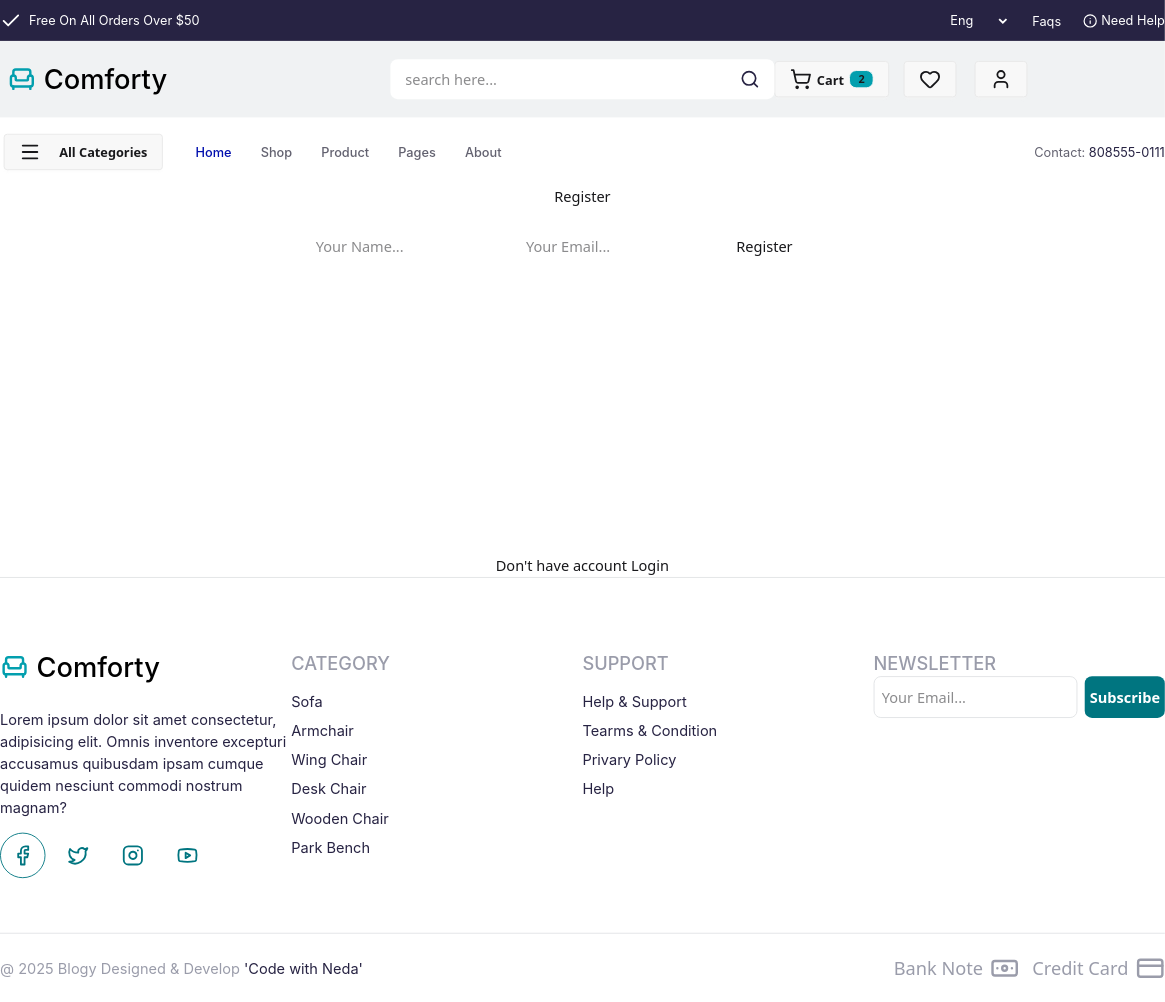
Repository: Neda0o0/store-template-website
Page: /auth/register
An editor plug-in stored every save of this project. The page is shown before and after the next save, followed by the edit.
The browser window is 1280 px wide. The pictures show the whole page, at 91% of full size.
The project was rebuilt for these pictures with package versions that can differ from the ones it lists, and the page was loaded fresh each time. Also part of the build but not shown: vite.config.js, src/components/Banner/Banner.jsx, src/components/Delivery/Delivery.jsx, src/components/Brand/Brand.jsx, src/components/SectionTitle/SectionTitle.jsx, src/components/Features/Features.jsx, src/components/Categories/Categories.jsx, src/components/Product/Product.jsx and 6 more.

Above is the page before, as saved 2025-10-27 17:40:22.

### index.html
<!DOCTYPE html>
<html lang="en">
  <head>
    <meta charset="UTF-8" />
    <link rel="icon" type="image/svg+xml" href="/vite.svg" />
    <meta name="viewport" content="width=device-width, initial-scale=1.0" />
    <title>new-project</title>
  </head>
  <body>
    <div id="root"></div>
    <script type="module" src="/src/main.jsx"></script>
  </body>
</html>

### src/main.jsx
import { StrictMode } from "react";
import { createRoot } from "react-dom/client";
import MainLayout from "./MainLayout/MainLayout";
import "./index.css";

createRoot(document.getElementById("root")).render(
  <StrictMode>
    <MainLayout />
  </StrictMode>
);

### src/MainLayout/MainLayout.jsx
import { BrowserRouter, Route, Routes } from "react-router";
import Navbar from "../components/Navbar/Navbar";
import Home from "../Pages/Home/Home";
import Auth from "../Pages/Auth/Auth";
import Login from "../Pages/Auth/Login/Login";
import Register from "../Pages/Auth/Register/Register";
import Error from "../Pages/Error/Error";
import AuthCheck from "../AuthCheck/AuthCheck";
import Footer from "../components/Footer/Footer";

const MainLayout = () => {
  return (
    <BrowserRouter>
      {/* Navbar */}
      <Navbar />
      <Routes>
        <Route
          path="/"
          element={
            <AuthCheck>
              <Home />
            </AuthCheck>
          }
        />
        <Route path="auth" element={<Auth />}>
          <Route path="login" element={<Login />} />
          <Route path="register" element={<Register />} />
        </Route>
        {/* not found routes */}
        <Route path="*" element={<Error />} />
      </Routes>
      {/* footer component */}
      <Footer />
    </BrowserRouter>
  );
};
export default MainLayout;

### src/index.css
@import "tailwindcss";
@plugin "daisyui";

/* google font inter */
@import url("https://fonts.googleapis.com/css2?family=Inter:ital,opsz,wght@0,14..32,100..900;1,14..32,100..900&display=swap");

@theme {
  --font-inter: "Inter", sans-serif;
}

.banner_slide_item {
  display: flex !important;
  justify-content: space-between;
  align-items: center;
  gap: 7.5rem;
}

.banner_image {
  position: relative;
}
.banner_image::before {
  content: "";
  position: absolute;
  top: 0;
  right: 0;
  max-width: 747px;
  width: 100%;
  min-height: 747px;
  height: 100%;
  background-color: #e1e3e5;
  border-radius: 100%;
  z-index: -1;
}
.slider_container > .slick-slider > .slick-prev,
.slider_container > .slick-slider > .slick-next {
  z-index: 5 !important;
}
.slick-prev {
  left: -40px;
}
.slick-next {
  right: 0.25px;
}
.slider_container > .slick-slider > .slick-prev:before,
.slider_container > .slick-slider > .slick-next:before {
  font-family: "slick";
  font-size: 50px !important;
  line-height: 1;
  opacity: 0.75;
  color: #007580 !important;
  -webkit-font-smoothing: antialiased;
  -moz-osx-font-smoothing: grayscale;
}
.slider_container > .slick-slider > .slick-dots {
  position: absolute;
  bottom: 100px !important;
  display: block;
  width: 100%;
  padding: 0;
  margin: 0;
  list-style: none;
  text-align: center;
}
.slider_container > .slick-slider > .slick-dots li button:before {
  font-family: "slick";
  font-size: 22px !important;
  line-height: 20px;
  position: absolute;
  top: 0;
  left: 0;
  width: 20px;
  height: 20px;
  text-align: center;
  opacity: 0.25;
  color: black;
  -webkit-font-smoothing: antialiased;
  -moz-osx-font-smoothing: grayscale;
}
.slider_container
  > .slick-slider
  > .slick-dots
  > li.slick-active
  button:before {
  color: #007580 !important;
}
.delivery_component {
  margin-top: -4rem;
  position: relative;
  z-index: 5;
}

.features_slider
  > .slick-slider
  > .slick-prev:before
  > .features_slider
  > .slick-slider
  > .slick-next:before {
  font-size: 39px !important;
  color: #007580;
}

.client_say_description {
  position: relative;
}
.client_say_description::before {
  position: absolute;
  content: "";
  top: 0;
  left: -27px;
  width: 3px;
  height: 100%;
  background-color: #007580;
}

### src/components/Navbar/Navbar.jsx
import {
  Armchair,
  Check,
  Info,
  Search,
  ShoppingCart,
  Heart,
  User,
  Menu,
} from "lucide-react";
import { Link, NavLink } from "react-router-dom";

const Navbar = () => {
  return (
    <div>
      {/* navbar top */}
      <div className="navbar_top flex items-center justify-center bg-[#272343] w-full h-[45px]">
        <div className="lg:container flex justify-between items-center">
          <p className="flex items-center gap-2 text-sm font-inter font-normal text-white capitalize">
            <Check />
            Free on all orders over $50
          </p>
          <div className="navbar_top_right flex items-center gap-6">
            <select
              defaultValue="Server location"
              className=" bg-none h-[30px] w-[70px] text-sm font-inter font-normal capitalize text-white"
            >
              <option>Eng</option>
              <option>Farsi</option>
            </select>
            <button>
              <Link className="text-sm text-white font-inter font-normal capitalize ">
                Faqs
              </Link>
            </button>
            <button>
              <Link className="flex items-center gap-1 text-sm  text-white font-inter font-normal capitalize">
                <Info size={16} />
                Need help
              </Link>
            </button>
          </div>
        </div>
      </div>
      {/* navbar middle */}
      <div className="navbar middle flex items-center justify-center bg-[#f0f2f3] w-full h-[84px]">
        <div className="lg:container grid grid-cols-3 items-center">
          <div className="logo_wrapper">
            <Link
              to="/"
              className="text-3xl text-black font-inter font-medium capitalize flex items-center gap-2"
            >
              <Armchair size="2rem" color="#029fae" /> Comforty
            </Link>
          </div>
          <div className="search_box">
            <form action="#" className="max-w-[443px] h-[44px] relative">
              <input
                type="text"
                placeholder="search here..."
                className=" max-w-[443px] w-full h-full bg-white rounded-lg pl-4 "
              />
              <button className="absolute to-50% right-4 translate-y-1/2">
                <Search size="22px" color="#272343" />
              </button>
            </form>
          </div>
          {/* navbar middle right */}
          <div className="navbar_middle_right flex items-center gap-4">
            <button className="btn capitalize">
              <ShoppingCart /> cart
              <div className="badge badge-sm bg-[#029fae]">2</div>
            </button>
            <button className="btn capitalize">
              <Heart />
            </button>

            <div className="dropdown">
              <div tabIndex={0} role="button" className="btn m-1">
                <User />
              </div>
              <ul
                tabIndex="-1"
                className="dropdown-content menu bg-base-100 rounded-box z-1 w-52 p-2 shadow-sm"
              >
                <li>
                  <Link>Account</Link>
                </li>
                <li>
                  <Link>Logout</Link>
                </li>
              </ul>
            </div>
          </div>
        </div>
      </div>

      {/* navbar bottom */}
      <div className="navbar_bottom flex items-center justify-center w-full h-[75px] bg-white border-[#ele3e5]">
        <div className="lg:container flex items-center justify-between">
          <div className="navbar_bottom_left flex items-center gap-8">
            <div className="dropdown dropdown-start">
              <div
                tabIndex={0}
                role="button"
                className="btn m-1 flex items-center gap-5 capitalize"
              >
                <Menu /> all categories
              </div>
              <ul
                tabIndex="-1"
                className="dropdown-content menu bg-base-100 rounded-box z-1 w-52 p-2 shadow-sm"
              >
                <li>
                  <a>Chair</a>
                </li>
                <li>
                  <a>Pant</a>
                </li>
                <li>
                  <a>Shirt</a>
                </li>
                <li>
                  <a>T-shirt</a>
                </li>
              </ul>
            </div>
            <nav className="flex items-center gap-8">
              <NavLink
                to="/"
                className="text-sm text-[#020fae] font-inter font-medium capitalize"
              >
                Home
              </NavLink>
              <NavLink className="text-sm text-[#636270] font-inter font-medium capitalize">
                shop
              </NavLink>
              <NavLink className="text-sm text-[#636270] font-inter font-medium capitalize">
                product
              </NavLink>
              <NavLink className="text-sm text-[#636270] font-inter font-medium capitalize">
                pages
              </NavLink>
              <NavLink className="text-sm text-[#636270] font-inter font-medium capitalize">
                about
              </NavLink>
            </nav>
          </div>

          <div className="navbar_bottom_right">
            <p className="text-sm text-[#636270] font-inter font-normal capitalize">
              contact: <span className="text-[#272343]">{808}555-0111</span>
            </p>
          </div>
        </div>
      </div>
    </div>
  );
};
export default Navbar;

### src/Pages/Auth/Auth.jsx
import { Outlet } from "react-router";

const Auth = () => {
  return (
    <div>
      <Outlet />
    </div>
  );
};
export default Auth;

### src/Pages/Auth/Register/Register.jsx
import { Link } from "react-router";

const Register = () => {
  return (
    <div className="lg:container mx-auto">
      <div className="flex items-center w-full justify-center flex-col">
        <h3>Register</h3>
        <form
          action="#"
          className="max-w-[648px] w-full min-h-[382px] p-[31px] rounded-lg"
        >
          <input type="text" placeholder="Your Name..." className="" />
          <input type="email" placeholder="Your Email..." />
          <button type="submit">Register</button>
        </form>
        <p>
          Don't have account <Link to={"/auth/login"}>Login</Link>
        </p>
      </div>
    </div>
  );
};
export default Register;

### src/components/Footer/Footer.jsx
import {
  Armchair,
  Banknote,
  CreditCard,
  Facebook,
  Instagram,
  Twitter,
  Youtube,
} from "lucide-react";
import { Link } from "react-router";

const Footer = () => {
  return (
    <footer>
      <div className="footer_top mx-h-[343px] w-full border-t border-b border-[#e1e3e5] pt-[80px] pb-[60px]">
        <div className="lg:container mx-auto">
          <div className="grid grid-cols-4">
            <div>
              {/* logo wrapper */}
              <div className="logo_wrapper mb-7">
                <Link
                  to="/"
                  className="text-3xl text-black font-inter font-medium capitalize flex items-center gap-2"
                >
                  <Armchair size="2rem" color="#029fae" /> Comforty
                </Link>
              </div>

              <p className="text-base text-[#272343] font-inter font-normal mb-4 max-w-[350px]">
                Lorem ipsum dolor sit amet consectetur, adipisicing elit. Omnis
                inventore excepturi accusamus quibusdam ipsam cumque quidem
                nesciunt commodi nostrum magnam?
              </p>
              <div className="footer_social flex items-center gap-3">
                <Link className="p-3 rounded-full border-[#007580] inline-block border-[1px]">
                  <Facebook size="1.5rem" color="#007580" />
                </Link>
                <Link className="p-3 inline-block">
                  <Twitter size="1.5rem" color="#007580" />
                </Link>
                <Link className="p-3 inline-block">
                  <Instagram size="1.5rem" color="#007580" />
                </Link>
                <Link className="p-3 inline-block">
                  <Youtube size="1.5rem" color="#007580" />
                </Link>
              </div>
            </div>

            <div className="footer_wrapper">
              <h3 className="text-xl text-[#9a9caa] font-inter font-medium capitalize uppercase">
                category
              </h3>
              <ul className="space-y-2 mt-4">
                <li>
                  <Link className="text-base text-[#272343] font-inter font-normal capitalize">
                    sofa
                  </Link>
                </li>
                <li>
                  <Link className="text-base text-[#272343] font-inter font-normal capitalize">
                    armchair
                  </Link>
                </li>
                <li>
                  <Link className="text-base text-[#272343] font-inter font-normal capitalize">
                    wing chair
                  </Link>
                </li>
                <li>
                  <Link className="text-base text-[#272343] font-inter font-normal capitalize">
                    desk chair
                  </Link>
                </li>
                <li>
                  <Link className="text-base text-[#272343] font-inter font-normal capitalize">
                    wooden chair
                  </Link>
                </li>
                <li>
                  <Link className="text-base text-[#272343] font-inter font-normal capitalize">
                    park bench
                  </Link>
                </li>
              </ul>
            </div>
            <div className="footer_wrapper">
              <h3 className="text-xl text-[#9a9caa] font-inter font-medium uppercase">
                support
              </h3>
              <ul className="space-y-2 mt-4">
                <li>
                  <Link className="text-base text-[#272343] font-inter font-normal capitalize">
                    help & support
                  </Link>
                </li>
                <li>
                  <Link className="text-base text-[#272343] font-inter font-normal capitalize">
                    tearms & condition
                  </Link>
                </li>
                <li>
                  <Link className="text-base text-[#272343] font-inter font-normal capitalize">
                    privary policy
                  </Link>
                </li>
                <li>
                  <Link className="text-base text-[#272343] font-inter font-normal capitalize">
                    help
                  </Link>
                </li>
              </ul>
            </div>
            <div className="newsletter">
              <h3 className="text-xl text-[#9a9caa] font-inter font-medium uppercase">
                newsletter
              </h3>
              <form
                action="#"
                className="gap-2 flex items-center max-w-[424px] w-full"
              >
                <input
                  type="email"
                  placeholder="Your Email..."
                  className="max-w-[285px] pl-2 w-full border-[#e1e3e5] border-[1px] rounded-lg h-[46px]"
                />
                <button
                  type="submit"
                  className="cursor-pointer text-base text-white font-semibold capitalize w-[127px] h-[46px] bg-[#007580] rounded-lg"
                >
                  Subscribe
                </button>
              </form>
            </div>
          </div>
        </div>
      </div>

      <div className="footer_bottom w-full h-[75px] flex items-center">
        <div className="lg:container mx-auto">
          <div className="flex items-center justify-between ">
            <div>
              <p className="text-base text-[#9a9caa] font-inter font-normal">
                @ 2025 Blogy Designed & Develop
                <span className="text-[#272343] "> 'Code with Neda'</span>
              </p>
            </div>
            <div className="flex items-center gap-3.5">
              <p className="flex items-center gap-2 text-[#9a9caa] text-xl">
                Bank Note
                <Banknote size="2rem" />
              </p>
              <p className="flex items-center gap-2 text-[#9a9caa] text-xl">
                Credit Card
                <CreditCard size="2rem" />
              </p>
            </div>
          </div>
        </div>
      </div>
    </footer>
  );
};
export default Footer;

After the next save:
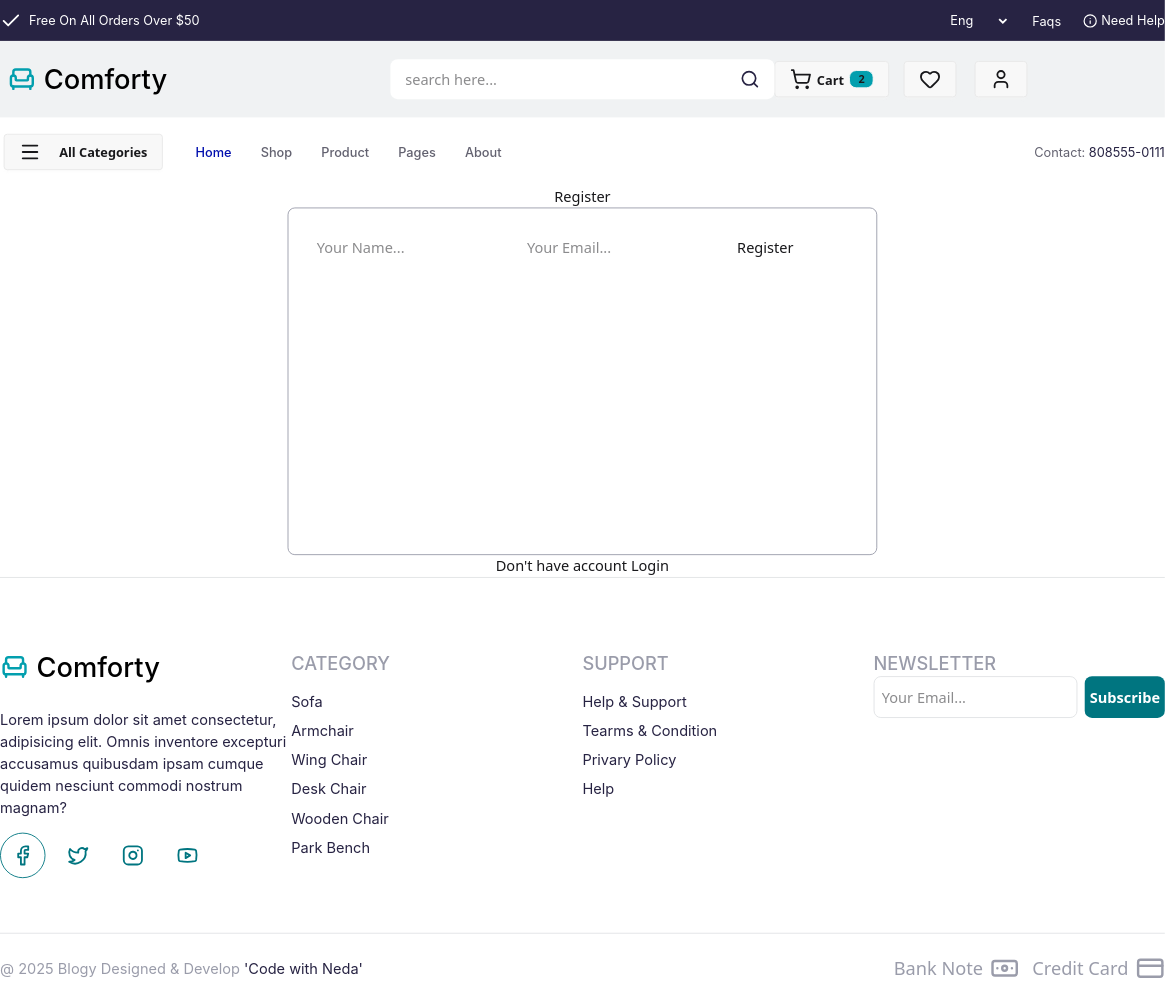
Saved 43 s later.
--- a/src/Pages/Auth/Register/Register.jsx
+++ b/src/Pages/Auth/Register/Register.jsx
@@ -7,7 +7,7 @@
         <h3>Register</h3>
         <form
           action="#"
-          className="max-w-[648px] w-full min-h-[382px] p-[31px] rounded-lg"
+          className="max-w-[648px] w-full min-h-[382px] p-[31px] rounded-lg border-[#9a9caa] border-[1px]"
         >
           <input type="text" placeholder="Your Name..." className="" />
           <input type="email" placeholder="Your Email..." />

After the save that followed:
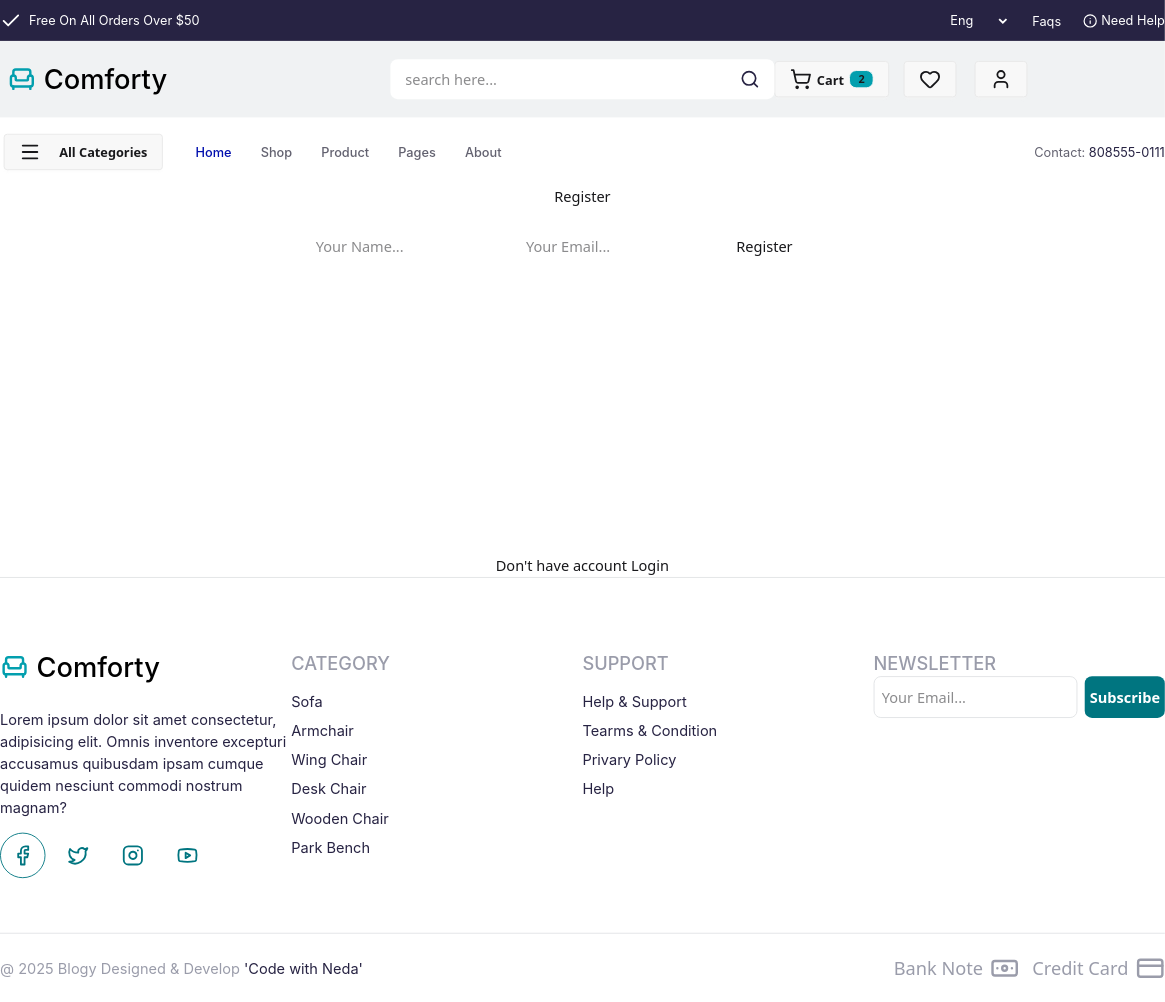
Saved 23 s later.
--- a/src/Pages/Auth/Register/Register.jsx
+++ b/src/Pages/Auth/Register/Register.jsx
@@ -7,7 +7,7 @@
         <h3>Register</h3>
         <form
           action="#"
-          className="max-w-[648px] w-full min-h-[382px] p-[31px] rounded-lg border-[#9a9caa] border-[1px]"
+          className="max-w-[648px] w-full min-h-[382px] p-[31px] "
         >
           <input type="text" placeholder="Your Name..." className="" />
           <input type="email" placeholder="Your Email..." />
